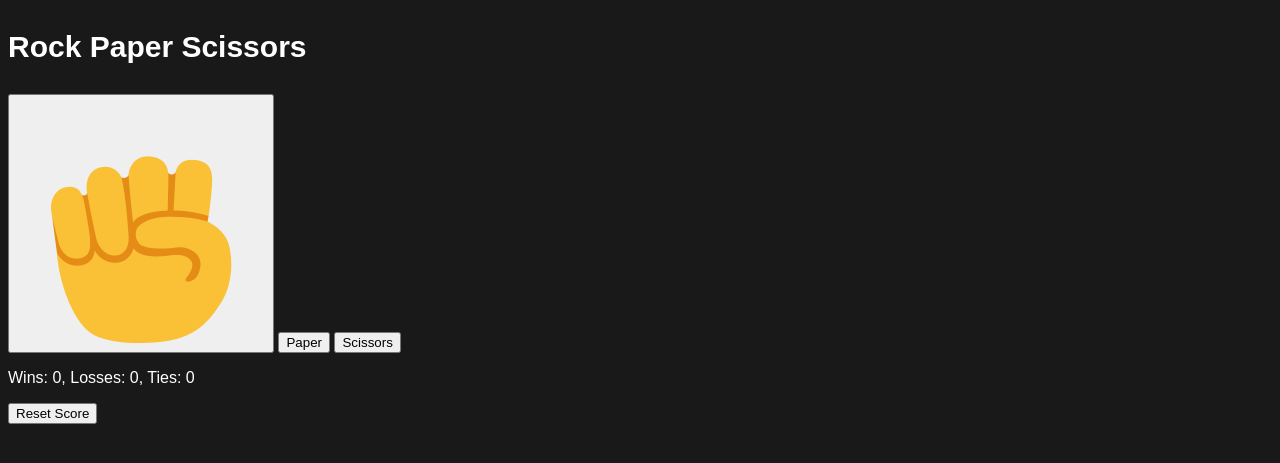
Repository: Samkiroko/Javascript-course
Page: 10-rock-paper-scissior.html
An editor plug-in stored every save of this project. The page is shown before and after the next save, followed by the edit.
The browser window is 1280 px wide. The pictures show the whole page.

Above is the page before, as saved 2023-08-28 11:17:18.

After the next save:
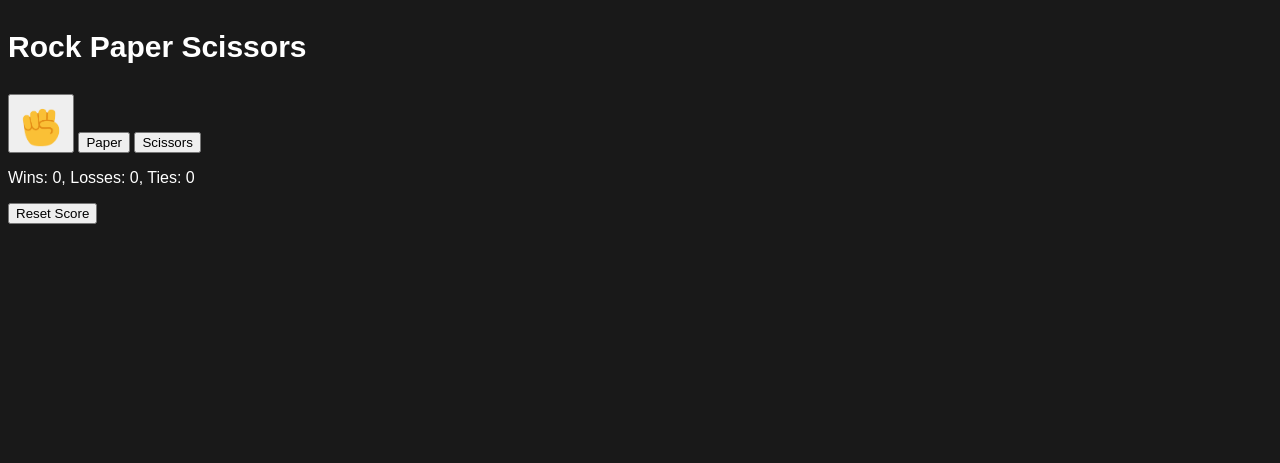
Saved 64 s later.
--- a/10-rock-paper-scissior.html
+++ b/10-rock-paper-scissior.html
@@ -12,6 +12,9 @@
         font-size: 30px;
         font-weight: bold;
       }
+      .move-icon {
+        height: 50px;
+      }
     </style>
   </head>
   <body>
@@ -21,7 +24,7 @@
       playGame('rock');
     "
     >
-      <img src="/img/rock-emoji.png" alt="Rock" srcset="" />
+      <img src="/img/rock-emoji.png" alt="Rock" srcset="" class="move-icon" />
     </button>
 
     <button
